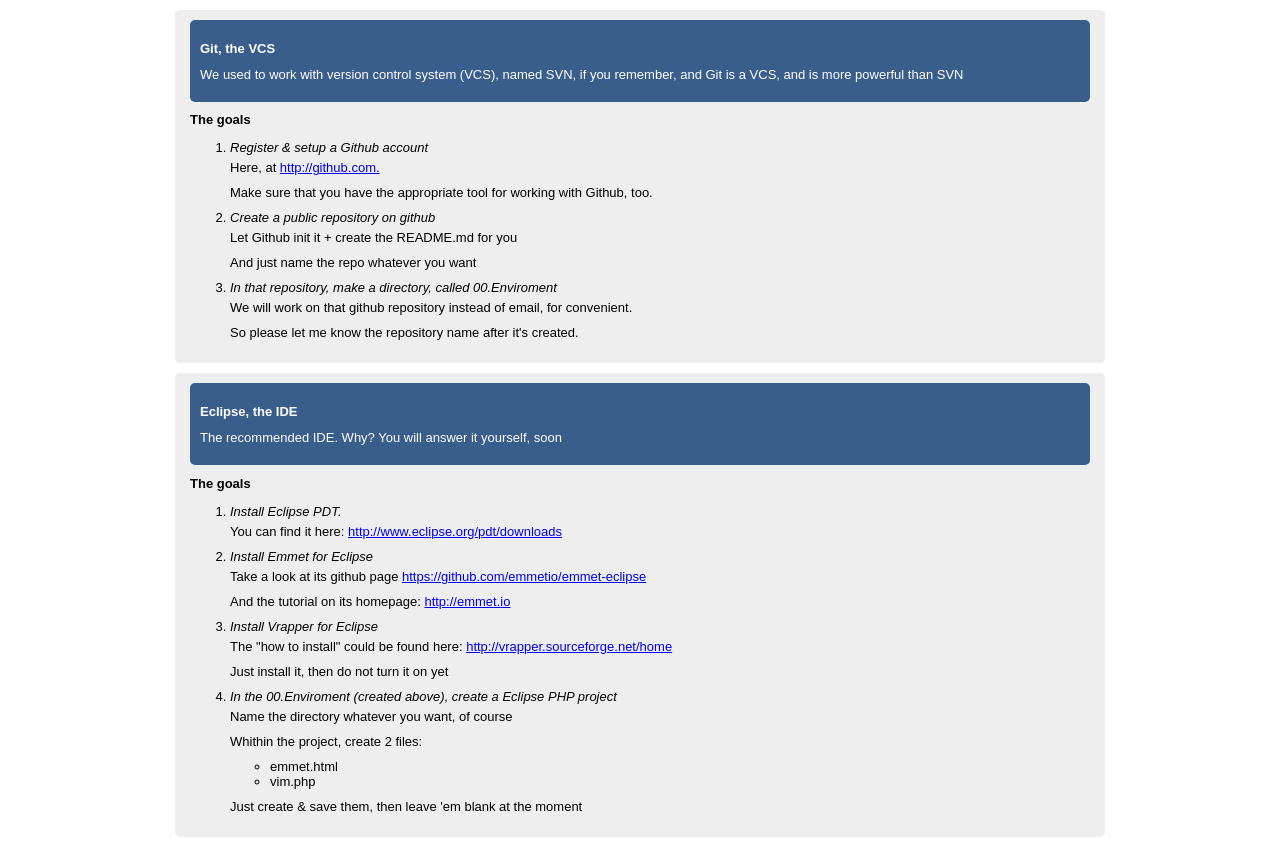
Repository: mrdo2010vn/00.enviroment
Page: 00.TestingEnviroment/emmet.html
An editor plug-in stored every save of this project. The page is shown before and after the next save, followed by the edit.
The browser window is 1280 px wide. The pictures show the whole page.

Above is the page before, as saved 2013-09-25 08:58:43.

After the next save:
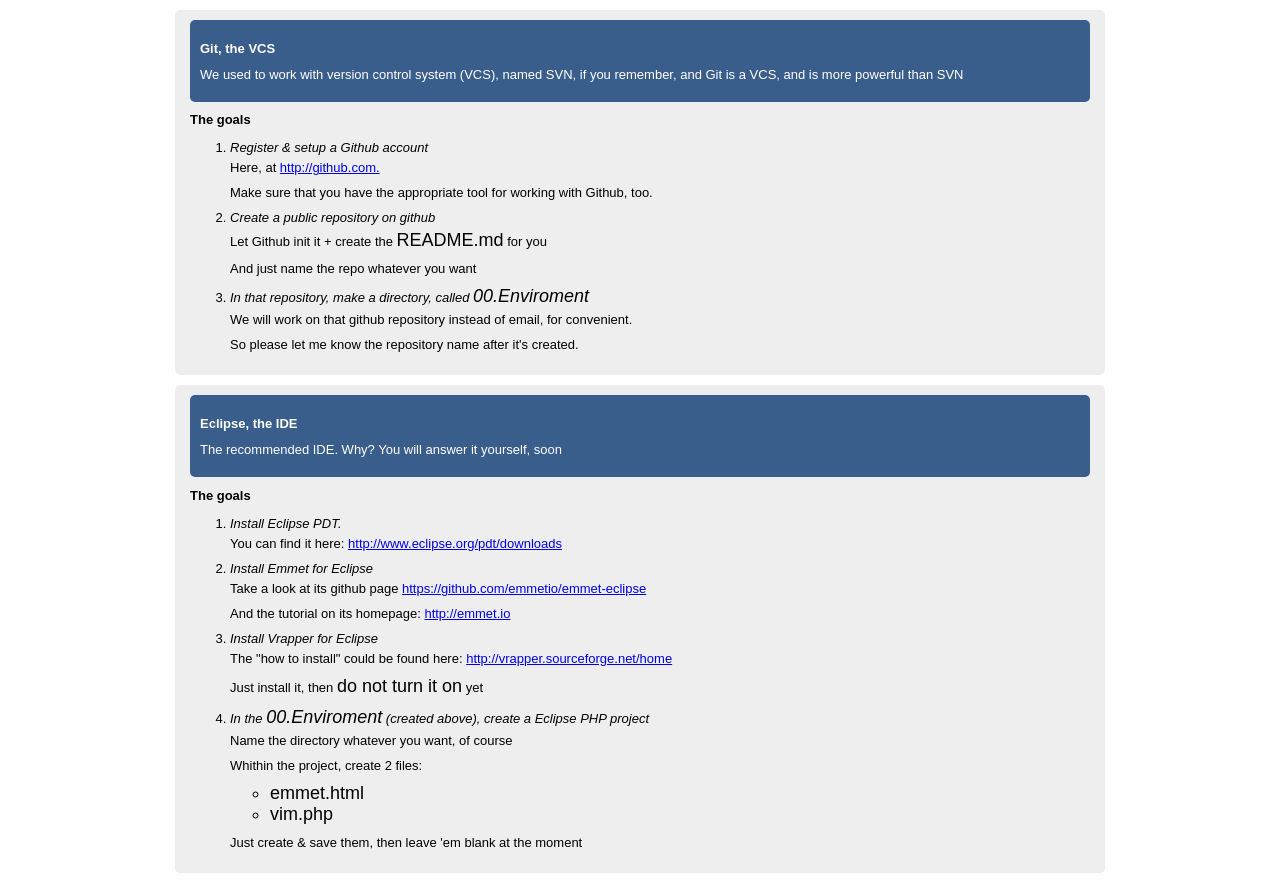
Saved 71 s later.
--- a/00.TestingEnviroment/css/style.css
+++ b/00.TestingEnviroment/css/style.css
@@ -37,7 +37,7 @@
 	font-style: ;
 }
 .bold {
-	font-size: bold;
+	font-size: large;
 }
 .italic {
 	font-style: italic;

After the save that followed:
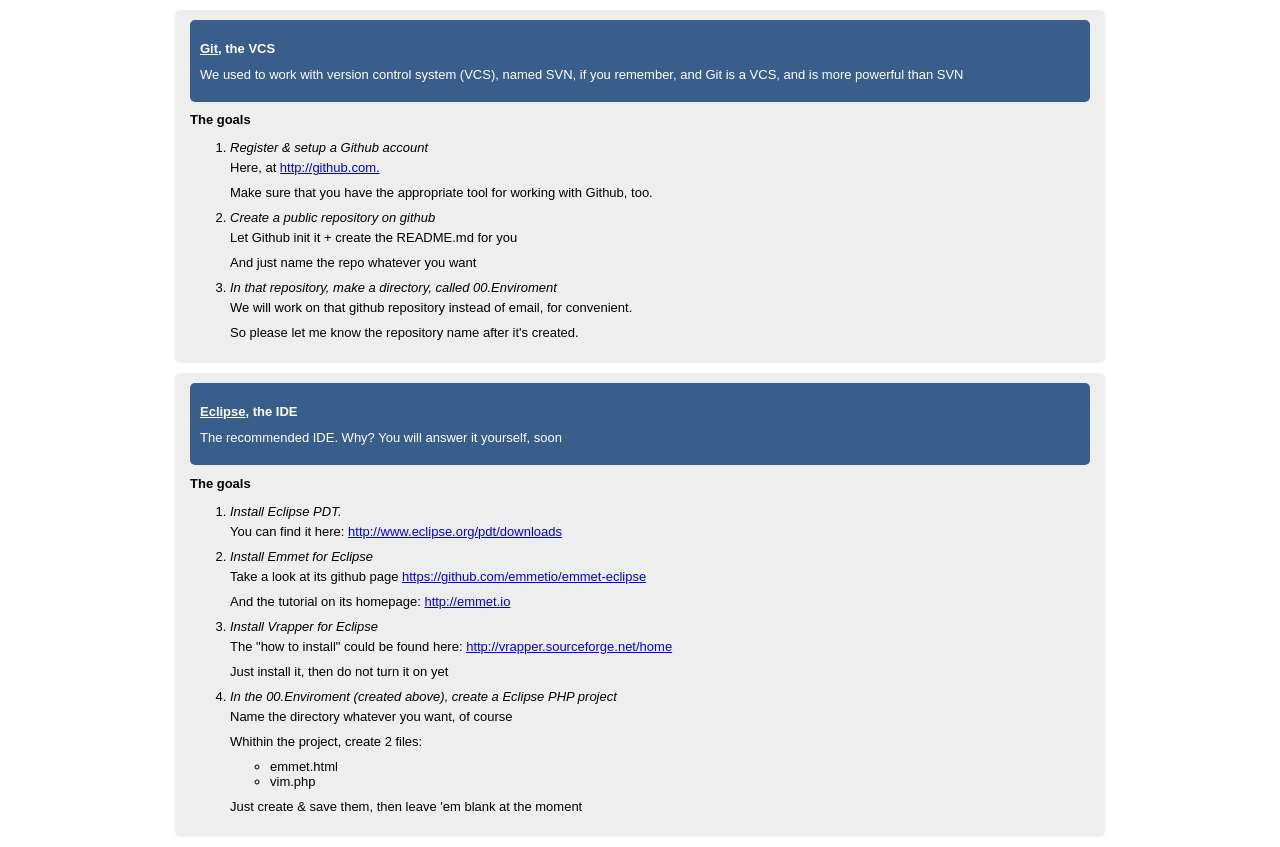
Saved 48 s later.
--- a/00.TestingEnviroment/css/style.css
+++ b/00.TestingEnviroment/css/style.css
@@ -34,10 +34,10 @@
 	color: #FFF;
 }
 .underscore {
-	font-style: ;
+	text-decoration: underline;
 }
 .bold {
-	font-size: large;
+	font-size: ;
 }
 .italic {
 	font-style: italic;
